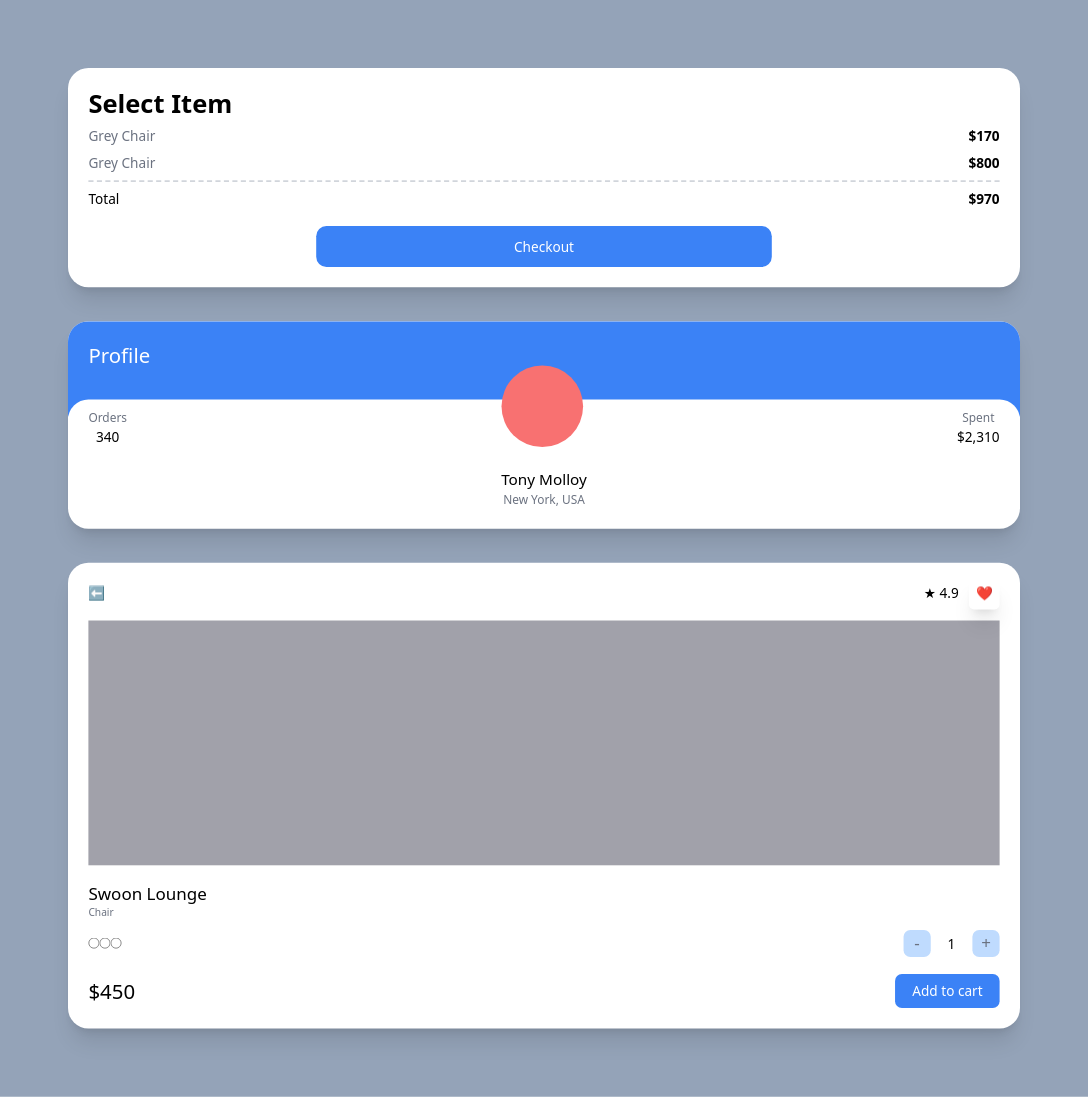
Repository: pjk0007/nextjs-carrot-marcket
Page: /
An editor plug-in stored every save of this project. The page is shown before and after the next save, followed by the edit.
The browser window is 1280 px wide. The pictures show the whole page, at 85% of full size.
The project was rebuilt for these pictures with package versions that can differ from the ones it lists, and the page was loaded fresh each time. The framework's server and built-in components were replaced by stand-ins that run in the browser. Also part of the build but not shown: next.config.js.

Above is the page before, as saved 2022-04-30 13:32:46.

### pages/index.tsx
import type { NextPage } from 'next'
const Home: NextPage = () => {
  return (
    <div className='bg-slate-400 py-20 px-20 grid gap-10 min-h-screen'>
      <div className='bg-white p-6 rounded-3xl shadow-xl'>
        <span className='font-semibold text-3xl'>Select Item</span>
        <div className='flex justify-between my-2'>
          <span className='text-gray-500'>Grey Chair</span>
          <span className='font-semibold'>$170</span>
        </div>
        <div className='flex justify-between'>
          <span className='text-gray-500'>Grey Chair</span>
          <span className='font-semibold'>$800</span>
        </div>
        <div className='flex justify-between mt-2 pt-2 border-t-2 border-dashed border-gray-300'>
          <span>Total</span>
          <span className='font-semibold'>$970</span>
        </div>
        <div className='mt-5 bg-blue-500 text-white p-3 text-center rounded-xl w-1/2 mx-auto'>Checkout</div>
      </div>

      <div className='bg-white overflow-hidden rounded-3xl shadow-xl'>
        <div className='bg-blue-500 p-6 pb-14'>
          <span className='text-white text-2xl'>Profile</span>
        </div>
        <div className='rounded-3xl p-6 relative -top-5 bg-white'>
          <div className='flex relative -top-16 items-end justify-between'>
            <div className='flex flex-col items-center'>
              <span className='text-sm text-gray-500'>Orders</span>
              <span className='font-medium'>340</span>
            </div>
            <div className='h-24 w-24 bg-red-400 rounded-full'/>
            <div className='flex flex-col items-center'>
              <span className='text-sm text-gray-500'>Spent</span>
              <span className='font-medium'>$2,310</span>
            </div>
          </div>
          <div className='flex flex-col items-center -mt-10 -mb-5'>
            <span className='text-lg font-medium'>Tony Molloy</span>
            <span className='text-sm text-gray-500'>New York, USA</span>
          </div>
        </div>
      </div>

      <div className='bg-white p-6 rounded-3xl shadow-xl'>
        <div className='flex mb-5 justify-between items-center'>
          <span>⬅</span>
          <div className='space-x-3'>
            <span>★ 4.9</span>
            <span className='shadow-xl p-2 rounded-md'>❤️</span>
          </div>
        </div>
        <div className='bg-zinc-400 h-72 mb-5'/>
        <div className='flex flex-col'>
          <span className='font-medium text-xl'>Swoon Lounge</span>
          <span className='text-xs text-gray-500'>Chair</span>
          <div className='mt-3 mb-5 flex justify-between items-center'>
            <div>
              <input type="radio" />
              <input type="radio" />
              <input type="radio" />
            </div>
            <div className='flex items-center space-x-5'>
              <button className='rounded-lg bg-blue-200 justify-center items-center aspect-square w-8 text-xl text-gray-500'>-</button>
              <span>1</span>
              <button className='rounded-lg bg-blue-200 justify-center items-center aspect-square w-8 text-xl text-gray-500'>+</button>
            </div>
          </div>
          <div className='flex justify-between items-center'>
            <span className='font-medium text-2xl'>$450</span>
            <button className='bg-blue-500 text-center text-white rounded-lg py-2 px-5'>Add to cart</button>
          </div>
        </div>
      </div>
    </div>
  );
}

export default Home

### tailwind.config.js
module.exports = {
  content: [
    "./pages/**/*.{js,jsx,ts,tsx}",
    "./components/**/*.{js,jsx,ts,tsx}"
  ],
  theme: {
    extend: {},
  },
  plugins: [],
}

Loaded but not shown: pages/_app.tsx (common file); styles/globals.css (common file)

After the next save:
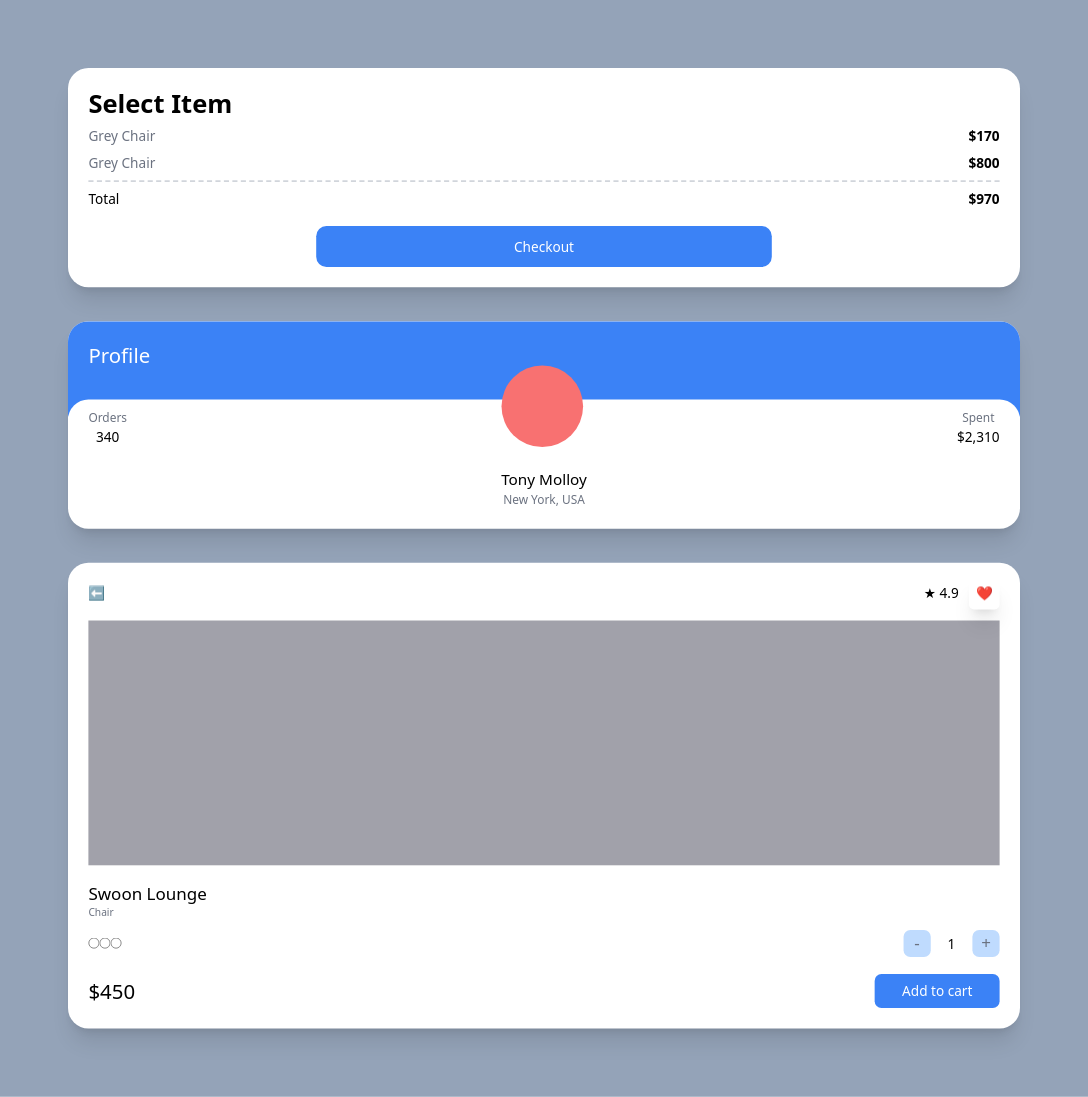
Saved 6 s later.
--- a/pages/index.tsx
+++ b/pages/index.tsx
@@ -68,7 +68,7 @@ const Home: NextPage = () => {
           </div>
           <div className='flex justify-between items-center'>
             <span className='font-medium text-2xl'>$450</span>
-            <button className='bg-blue-500 text-center text-white rounded-lg py-2 px-5'>Add to cart</button>
+            <button className='bg-blue-500 text-center text-white rounded-lg py-2 px-8'>Add to cart</button>
           </div>
         </div>
       </div>
